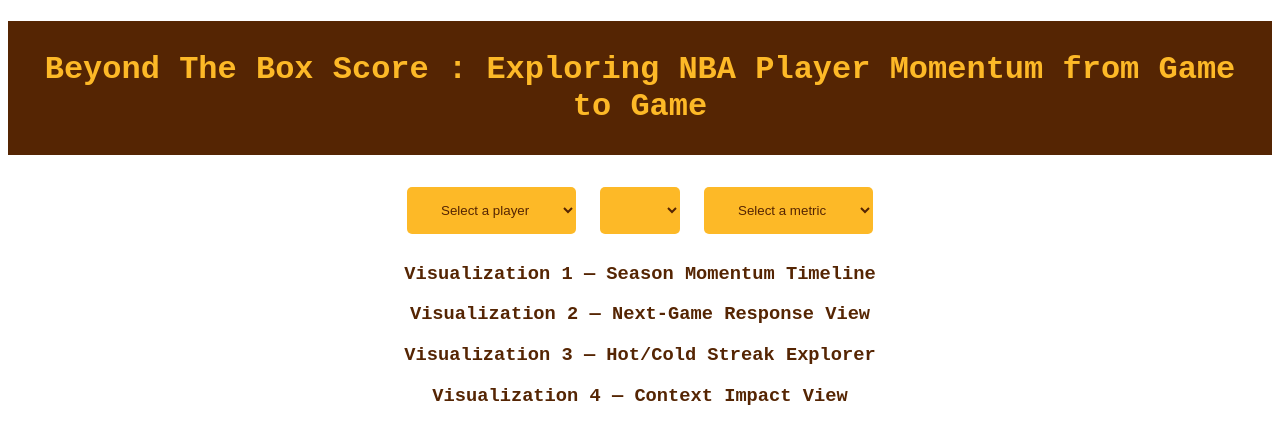
Repository: houdafatih/Data-Viz-Project
Page: index.html
The author's editor kept a copy of each file at every save. The page is drawn from the files as they stood at one save, then again after the next save.
The browser window is 1280 px wide. The pictures show the whole page.

Above is the page before, as saved 2026-06-12 13:53:16.

After the next save:
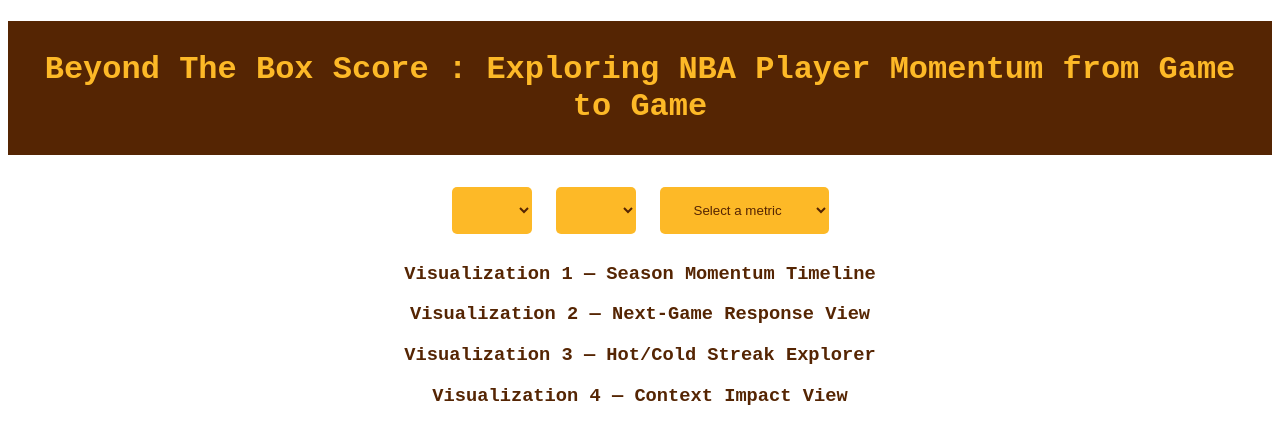
Saved 11 s later.
--- a/index.html
+++ b/index.html
@@ -10,9 +10,6 @@
 
      <div class="selection">
         <select id="selectPlayer">
-            <option value="">Select a player</option>
-            <option value="Player1">Player1</option>
-            <option value="Player2">Player2</option>
         </select>
 
         <select id="seasonSelect">
